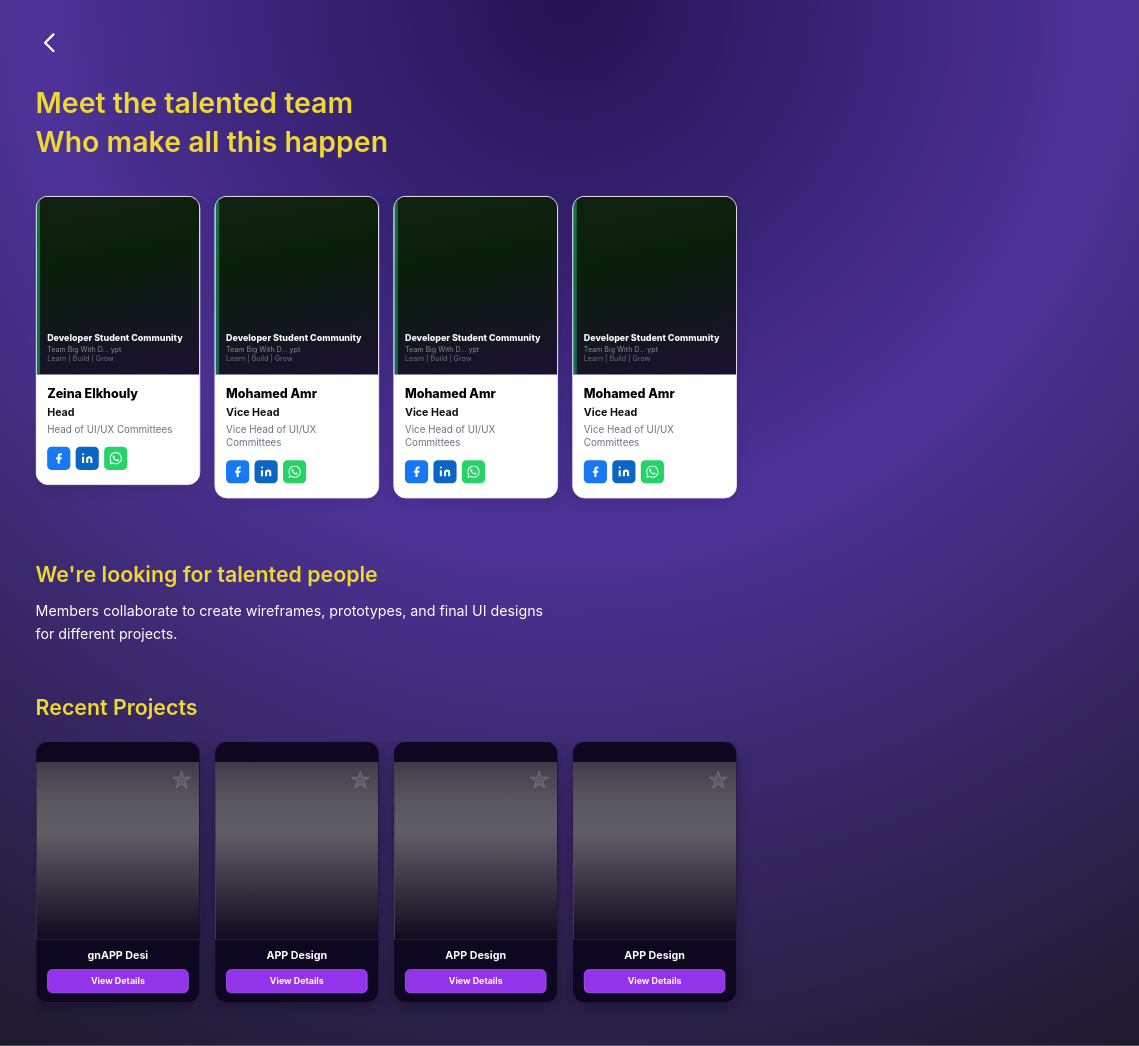
Repository: Frontend-Committee/StarUnion-Website
Page: /committees/artificial-intelligence
The author's editor kept a copy of each file at every save. The page is drawn from the files as they stood at one save, then again after the next save.
The browser window is 1280 px wide. The pictures show the whole page, at 89% of full size.
Pictures or frames that could not be fetched are drawn as grey boxes. The project was rebuilt for these pictures with package versions that can differ from the ones it lists, and the page was loaded fresh each time. Also part of the build but not shown: vite.config.js, src/features/committees/components/CommitteeBadge.jsx, src/features/committees/components/CommitteeCard.jsx, src/features/committees/pages/CommitteesPage.jsx, src/components/common/Navbar.jsx, src/components/common/Footer.jsx.

Above is the page before, as saved 2026-02-26 03:31:32.

### index.html
<!doctype html>
<html lang="en">
  <head>
    <meta charset="UTF-8" />
    <meta name="viewport" content="width=device-width, initial-scale=1.0" />
    <title>star-union</title>
  </head>
  <body>
    <div id="root"></div>
    <script type="module" src="/src/main.jsx"></script>
  </body>
</html>

### src/App.jsx
import { BrowserRouter, Route, Routes } from "react-router-dom";
import "./App.css";

import CommitteeDetailsPage from "./features/committees/pages/CommitteeDetailsPage";
import CommitteesPage from "./features/committees/pages/CommitteesPage";
import MainLayout from "./layouts/MainLayout";

function App() {
  return (
    <BrowserRouter>
      <Routes>
        <Route element={<MainLayout />}>
          <Route path="/committees" element={<CommitteesPage />} />
          <Route path="/committees/:slug" element={<CommitteeDetailsPage />} />
          {/* Fallback — redirect to committees for now */}
          <Route path="*" />
        </Route>
      </Routes>
    </BrowserRouter>
  );
}

export default App;

### src/App.css
@tailwind base;
@tailwind components;
@tailwind utilities;

/* Import Inter from Google Fonts */
@import url("https://fonts.googleapis.com/css2?family=Inter:wght@400;500;600;700;800;900&display=swap");

/* Base global styles */
* {
  margin: 0;
  padding: 0;
  box-sizing: border-box;
}

html {
  scroll-behavior: smooth;
}

body {
  font-family:
    "Inter",
    -apple-system,
    BlinkMacSystemFont,
    "Segoe UI",
    Roboto,
    sans-serif;
  -webkit-font-smoothing: antialiased;
  -moz-osx-font-smoothing: grayscale;
}

/* Hide scrollbar utility */
.scrollbar-hide {
  -ms-overflow-style: none;
  scrollbar-width: none;
}
.scrollbar-hide::-webkit-scrollbar {
  display: none;
}

### src/features/committees/pages/CommitteeDetailsPage.jsx
import { motion } from "framer-motion";
import { useNavigate, useParams } from "react-router-dom";
import ScrollAnimation from "../../../components/ui/ScrollAnimation";
import {
  COMMITTEES_DATA,
  MOCK_PROJECTS,
  MOCK_TEAM_MEMBERS,
} from "../../../utils/constants";

/* ────────────────────────────────────────
   Team Member Card — matches Figma exactly
   • White card
   • Full-bleed dark photo area (top ~60%)
   • White bottom: purple name, bold role, gray desc, coloured social buttons
──────────────────────────────────────── */
const TeamCard = ({ member, delay = 0 }) => (
  <ScrollAnimation variant="fade-up" delay={delay} className="flex-shrink-0">
    <motion.div
      whileHover={{ y: -5, boxShadow: "0 16px 40px rgba(116,65,255,0.18)" }}
      transition={{ type: "spring", stiffness: 300, damping: 22 }}
      className="w-[185px] rounded-[14px] overflow-hidden border border-gray-200 bg-white flex flex-col"
      style={{ boxShadow: "0 4px 16px rgba(0,0,0,0.10)" }}
    >
      {/* ── Photo / Banner area ── */}
      <div
        className="relative w-full bg-[#111827] overflow-hidden"
        style={{ height: 200 }}
      >
        {member.photo ? (
          <img
            src={member.photo}
            alt={member.name}
            className="w-full h-full object-cover object-top"
          />
        ) : (
          /* DSC-style placeholder matching the Figma banner */
          <div
            className="w-full h-full flex flex-col justify-end p-3"
            style={{
              background:
                "linear-gradient(170deg, #122112 0%, #0a1f0a 35%, #1a1030 100%)",
            }}
          >
            {/* Green accent bar left */}
            <div className="absolute top-0 left-0 w-1 h-full bg-[#11EDA4]/40" />
            <p className="text-white font-extrabold text-[10px] leading-tight mb-0.5">
              Developer Student Community
            </p>
            <p className="text-white/50 text-[8px] leading-tight">
              Team Big With D... ypt
            </p>
            <p className="text-white/40 text-[8px]">Learn | Build | Grow</p>
          </div>
        )}
      </div>

      {/* ── Info section ── */}
      <div className="bg-white px-3 pt-3 pb-4 flex flex-col">
        <h4 className="text-primary font-extrabold text-[14px] leading-tight">
          {member.name}
        </h4>
        <p className="text-[#111] text-[12px] font-bold mt-[3px]">
          {member.role}
        </p>
        <p className="text-gray-500 text-[11px] leading-snug mt-[3px]">
          {member.description}
        </p>

        {/* Coloured icon buttons */}
        <div className="flex gap-[6px] mt-3">
          {member.socials?.facebook && (
            <a
              href={member.socials.facebook}
              className="w-[26px] h-[26px] rounded-[5px] bg-[#1877F2] flex items-center justify-center text-white hover:opacity-80 transition-opacity"
              aria-label="Facebook"
            >
              <svg
                viewBox="0 0 24 24"
                fill="currentColor"
                className="w-[14px] h-[14px]"
              >
                <path d="M18 2h-3a5 5 0 00-5 5v3H7v4h3v8h4v-8h3l1-4h-4V7a1 1 0 011-1h3z" />
              </svg>
            </a>
          )}
          {member.socials?.linkedin && (
            <a
              href={member.socials.linkedin}
              className="w-[26px] h-[26px] rounded-[5px] bg-[#0A66C2] flex items-center justify-center text-white hover:opacity-80 transition-opacity"
              aria-label="LinkedIn"
            >
              <svg
                viewBox="0 0 24 24"
                fill="currentColor"
                className="w-[14px] h-[14px]"
              >
                <path d="M16 8a6 6 0 016 6v7h-4v-7a2 2 0 00-4 0v7h-4v-7a6 6 0 016-6zM2 9h4v12H2zM4 6a2 2 0 100-4 2 2 0 000 4z" />
              </svg>
            </a>
          )}
          {member.socials?.instagram && (
            <a
              href={member.socials.instagram}
              className="w-[26px] h-[26px] rounded-[5px] bg-[#25D366] flex items-center justify-center text-white hover:opacity-80 transition-opacity"
              aria-label="WhatsApp"
            >
              <svg
                viewBox="0 0 24 24"
                fill="currentColor"
                className="w-[14px] h-[14px]"
              >
                <path d="M17.472 14.382c-.297-.149-1.758-.867-2.03-.967-.273-.099-.471-.148-.67.15-.197.297-.767.966-.94 1.164-.173.199-.347.223-.644.075-.297-.15-1.255-.463-2.39-1.475-.883-.788-1.48-1.761-1.653-2.059-.173-.297-.018-.458.13-.606.134-.133.298-.347.446-.52.149-.174.198-.298.298-.497.099-.198.05-.371-.025-.52-.075-.149-.669-1.612-.916-2.207-.242-.579-.487-.5-.669-.51-.173-.008-.371-.01-.57-.01-.198 0-.52.074-.792.372-.272.297-1.04 1.016-1.04 2.479 0 1.462 1.065 2.875 1.213 3.074.149.198 2.096 3.2 5.077 4.487.709.306 1.262.489 1.694.625.712.227 1.36.195 1.871.118.571-.085 1.758-.719 2.006-1.413.248-.694.248-1.289.173-1.413-.074-.124-.272-.198-.57-.347m-5.421 7.403h-.004a9.87 9.87 0 01-5.031-1.378l-.361-.214-3.741.982.998-3.648-.235-.374a9.86 9.86 0 01-1.51-5.26c.001-5.45 4.436-9.884 9.888-9.884 2.64 0 5.122 1.03 6.988 2.898a9.825 9.825 0 012.893 6.994c-.003 5.45-4.437 9.884-9.885 9.884m8.413-18.297A11.815 11.815 0 0012.05 0C5.495 0 .16 5.335.157 11.892c0 2.096.547 4.142 1.588 5.945L.057 24l6.305-1.654a11.882 11.882 0 005.683 1.448h.005c6.554 0 11.89-5.335 11.893-11.893a11.821 11.821 0 00-3.48-8.413z" />
              </svg>
            </a>
          )}
        </div>
      </div>
    </motion.div>
  </ScrollAnimation>
);

/* ────────────────────────────────────────
   Project Card — matches Figma exactly
   • Dark card
   • Top: full screenshot-style preview with overlay bold text
   • Bottom row: yellow project title + purple "View Details" button
──────────────────────────────────────── */
const ProjectCard = ({ project, delay = 0 }) => (
  <ScrollAnimation variant="fade-up" delay={delay} className="flex-shrink-0">
    <motion.div
      whileHover={{ y: -5, boxShadow: "0 16px 40px rgba(116,65,255,0.25)" }}
      transition={{ type: "spring", stiffness: 300, damping: 22 }}
      className="w-[185px] rounded-[14px] overflow-hidden border border-purple-500/20 bg-[#0d0820] flex flex-col"
      style={{ boxShadow: "0 4px 16px rgba(0,0,0,0.30)" }}
    >
      {/* ── Title on top centered ── */}
      <div className="px-3 pt-3 pb-2 text-center bg-[#0d0820]">
        <p className="text-white/50 text-[8px] font-semibold tracking-[0.08em] uppercase mb-[2px]">
          {project.subtitle}
        </p>
        <h4 className="text-white font-black text-[16px] leading-none tracking-tight">
          {project.type}
        </h4>
      </div>

      {/* ── Screenshot preview area ── */}
      <div className="relative w-full overflow-hidden" style={{ height: 200 }}>
        {/* Real background image */}
        <img
          src={project.image}
          alt={project.title}
          className="absolute inset-0 w-full h-full object-cover"
        />

        {/* Shadow overlay from bottom */}
        <div
          className="absolute inset-0"
          style={{
            background:
              "linear-gradient(to top, rgba(8,2,22,0.95) 0%, rgba(8,2,22,0.5) 50%, rgba(8,2,22,0.1) 100%)",
          }}
        />

        {/* Shadow overlay from top */}
        <div
          className="absolute inset-0"
          style={{
            background:
              "linear-gradient(to bottom, rgba(8,2,22,0.6) 0%, transparent 40%)",
          }}
        />

        {/* Decorative star top-right */}
        <div className="absolute top-2 right-2 opacity-50">
          <svg width="24" height="24" viewBox="0 0 24 24" fill="none">
            <path
              d="M12 2l2.4 7.4H22l-6.2 4.5 2.4 7.4L12 17l-6.2 4.3 2.4-7.4L2 9.4h7.6z"
              fill="white"
              fillOpacity="0.2"
              stroke="white"
              strokeOpacity="0.4"
              strokeWidth="1"
            />
          </svg>
        </div>
      </div>

      {/* ── Bottom bar — title + button centered ── */}
      <div className="px-3 py-[10px] flex flex-col items-center gap-2 bg-[#0d0820]">
        <p className="text-white font-bold text-[12px] leading-tight truncate">
          {project.title}
        </p>
        <button className="w-full px-3 py-[5px] text-[10px] text-white bg-purple-600 border border-purple-500 rounded-[6px] hover:bg-purple-500/80 transition-colors font-bold whitespace-nowrap text-center">
          View Details
        </button>
      </div>
    </motion.div>
  </ScrollAnimation>
);

/* ── main page ── */
export default function CommitteeDetailsPage() {
  const { slug } = useParams();
  const navigate = useNavigate();

  const committee = COMMITTEES_DATA.find((c) => c.slug === slug);

  if (!committee) {
    return (
      <div className="min-h-screen bg-gradientBg3 flex items-center justify-center">
        <p className="text-white text-h3">Committee not found</p>
      </div>
    );
  }

  return (
    <section className="min-h-screen bg-gradientBg3 py-8 px-4 md:px-8">
      <div className="max-w-[1200px] mx-auto">
        {/* Back button */}
        <ScrollAnimation variant="fade-right">
          <button
            onClick={() => navigate("/committees")}
            className="text-white hover:text-secondary transition-colors mb-8 flex items-center gap-2 group cursor-pointer"
            id="back-to-committees"
          >
            <svg
              className="w-8 h-8 group-hover:-translate-x-1 transition-transform"
              viewBox="0 0 24 24"
              fill="none"
              stroke="currentColor"
              strokeWidth="2"
            >
              <path
                strokeLinecap="round"
                strokeLinejoin="round"
                d="M15 19l-7-7 7-7"
              />
            </svg>
          </button>
        </ScrollAnimation>

        {/* Section: Meet the team */}
        <ScrollAnimation variant="fade-up" delay={100}>
          <div className="mb-10">
            <h1 className="text-tertiary text-h2 font-semibold leading-tight">
              Meet the talented team
            </h1>
            <h2 className="text-tertiary text-h2 font-semibold leading-tight mt-1">
              Who make all this happen
            </h2>
          </div>
        </ScrollAnimation>

        {/* Team members row */}
        <ScrollAnimation variant="fade-up" delay={200}>
          <div className="flex gap-4 overflow-x-auto pb-4 mb-14 scrollbar-hide">
            {MOCK_TEAM_MEMBERS.map((member, i) => (
              <TeamCard
                key={member.id + "-" + i}
                member={member}
                delay={i * 80}
              />
            ))}
          </div>
        </ScrollAnimation>

        {/* Section: Looking for talented people */}
        <ScrollAnimation variant="fade-up" delay={300}>
          <div className="mb-14">
            <h3 className="text-tertiary text-h3 font-semibold mb-3">
              We're looking for talented people
            </h3>
            <p className="text-white text-body font-normal max-w-xl leading-relaxed">
              Members collaborate to create wireframes, prototypes, and final UI
              designs for different projects.
            </p>
          </div>
        </ScrollAnimation>

        {/* Section: Recent Projects */}
        <ScrollAnimation variant="fade-up" delay={400}>
          <div>
            <h3 className="text-tertiary text-h3 font-semibold mb-6">
              Recent Projects
            </h3>

            <div className="flex gap-4 overflow-x-auto pb-4 scrollbar-hide">
              {MOCK_PROJECTS.map((project, i) => (
                <ProjectCard
                  key={project.id + "-" + i}
                  project={project}
                  delay={i * 80}
                />
              ))}
            </div>
          </div>
        </ScrollAnimation>
      </div>
    </section>
  );
}

### src/layouts/MainLayout.jsx
import { Outlet } from "react-router-dom";
import Navbar from "../components/common/Navbar";
import Footer from "../components/common/Footer";

export default function MainLayout() {
  return (
    <div className="flex flex-col min-h-screen">
      {/* <Navbar /> */}
      <main className="flex-1">
        <Outlet />
      </main>
      {/* <Footer /> */}
    </div>
  );
}

### src/components/ui/ScrollAnimation.jsx
import { useEffect, useRef, useState } from 'react';

export default function ScrollAnimation({
    children,
    className = '',
    variant = 'fade-up',
    delay = 0,
    style
}) {
    const [isVisible, setIsVisible] = useState(false);
    const ref = useRef(null);

    useEffect(() => {
        const observer = new IntersectionObserver(([entry]) => {
            if (!entry) return;
            if (entry.isIntersecting) {
                setIsVisible(true);
                observer.disconnect();
            }
        }, { threshold: 0.1 });

        if (ref.current) observer.observe(ref.current);
        return () => observer.disconnect();
    }, []);

    const variants = {
        'fade-up': 'translate-y-10',
        'fade-down': '-translate-y-10',
        'fade-left': 'translate-x-10',
        'fade-right': '-translate-x-10',
        'zoom-in': 'scale-95'
    };

    return (
        <div
            ref={ref}
            className={`transition-all duration-700 ease-out ${isVisible
                ? 'opacity-100 transform-none'
                : `opacity-0 ${variants[variant]}`
            } ${className}`}
            style={{ transitionDelay: `${delay}ms`, ...style }}
        >
            {children}
        </div>
    );
}

### tailwind.config.js
/** @type {import('tailwindcss').Config} */
module.exports = {
    darkMode: ["class"],
    content: ["./index.html", "./src/**/*.{js,jsx,ts,tsx}"],

  theme: {
  	container: {
  		center: true,
  		padding: {
  			DEFAULT: '16px',
  			lg: '24px'
  		}
  	},
  	extend: {
  		colors: {
  			primary: {
  				DEFAULT: 'hsl(var(--primary))',
  				foreground: 'hsl(var(--primary-foreground))'
  			},
  			secondary: {
  				DEFAULT: 'hsl(var(--secondary))',
  				foreground: 'hsl(var(--secondary-foreground))'
  			},
  			tertiary: '#EFD830',
  			background: 'hsl(var(--background))',
  			text: '#111111',
  			textInvert: '#FFFFFF',
  			muted: {
  				DEFAULT: 'hsl(var(--muted))',
  				foreground: 'hsl(var(--muted-foreground))'
  			},
  			card: {
  				DEFAULT: 'hsl(var(--card))',
  				foreground: 'hsl(var(--card-foreground))'
  			},
  			cardSoft: '#C8B5FC',
  			success: '#12B76A',
  			warning: '#F59E0B',
  			error: '#EF4444',
  			bg31: '#241352',
  			bg32: '#4D3398',
  			bg33: '#1E1A2B',
  			foreground: 'hsl(var(--foreground))',
  			popover: {
  				DEFAULT: 'hsl(var(--popover))',
  				foreground: 'hsl(var(--popover-foreground))'
  			},
  			accent: {
  				DEFAULT: 'hsl(var(--accent))',
  				foreground: 'hsl(var(--accent-foreground))'
  			},
  			destructive: {
  				DEFAULT: 'hsl(var(--destructive))',
  				foreground: 'hsl(var(--destructive-foreground))'
  			},
  			border: 'hsl(var(--border))',
  			input: 'hsl(var(--input))',
  			ring: 'hsl(var(--ring))',
  			chart: {
  				'1': 'hsl(var(--chart-1))',
  				'2': 'hsl(var(--chart-2))',
  				'3': 'hsl(var(--chart-3))',
  				'4': 'hsl(var(--chart-4))',
  				'5': 'hsl(var(--chart-5))'
  			}
  		},
  		backgroundImage: {
  			gradientBg3: 'radial-gradient(circle at top, #241352 0%, #4D3398 45%, #1E1A2B 100%)',
  			gradientFooter: 'linear-gradient(135deg, #E1D6FF 0%, #7441FF 100%)',
  			gradientBrand: 'linear-gradient(135deg, #7441FF 0%, #11EDA4 50%, #EFD830 100%)'
  		},
  		fontSize: {
  			h1: [
  				'44px',
  				{
  					lineHeight: '1.1',
  					fontWeight: '800'
  				}
  			],
  			h2: [
  				'32px',
  				{
  					lineHeight: '1.15',
  					fontWeight: '800'
  				}
  			],
  			h3: [
  				'24px',
  				{
  					lineHeight: '1.2',
  					fontWeight: '800'
  				}
  			],
  			h4: [
  				'20px',
  				{
  					lineHeight: '1.25',
  					fontWeight: '800'
  				}
  			],
  			body: [
  				'16px',
  				{
  					lineHeight: '1.6',
  					fontWeight: '800'
  				}
  			],
  			caption: [
  				'14px',
  				{
  					lineHeight: '1.4',
  					fontWeight: '800'
  				}
  			],
  			micro: [
  				'12px',
  				{
  					lineHeight: '1.35',
  					fontWeight: '800'
  				}
  			]
  		},
  		spacing: {
  			'1': '4px',
  			'2': '8px',
  			'3': '12px',
  			'4': '16px',
  			'6': '24px',
  			'8': '32px',
  			'12': '48px',
  			'16': '64px'
  		},
  		margin: {
  			'section-sm': '24px',
  			'section-md': '32px',
  			'section-lg': '48px',
  			'section-xl': '64px'
  		},
  		padding: {
  			'section-sm': '24px',
  			'section-md': '32px',
  			'section-lg': '48px',
  			'section-xl': '64px'
  		},
  		boxShadow: {
  			soft: '0 4px 10px rgba(0,0,0,0.1)'
  		},
  		borderRadius: {
  			card: '16px',
  			lg: 'var(--radius)',
  			md: 'calc(var(--radius) - 2px)',
  			sm: 'calc(var(--radius) - 4px)'
  		}
  	}
  },

  plugins: [require("tailwindcss-animate")],
};

Loaded but not shown: src/main.jsx (common file); src/utils/constants.js (183 lines, source omitted)

After the next save:
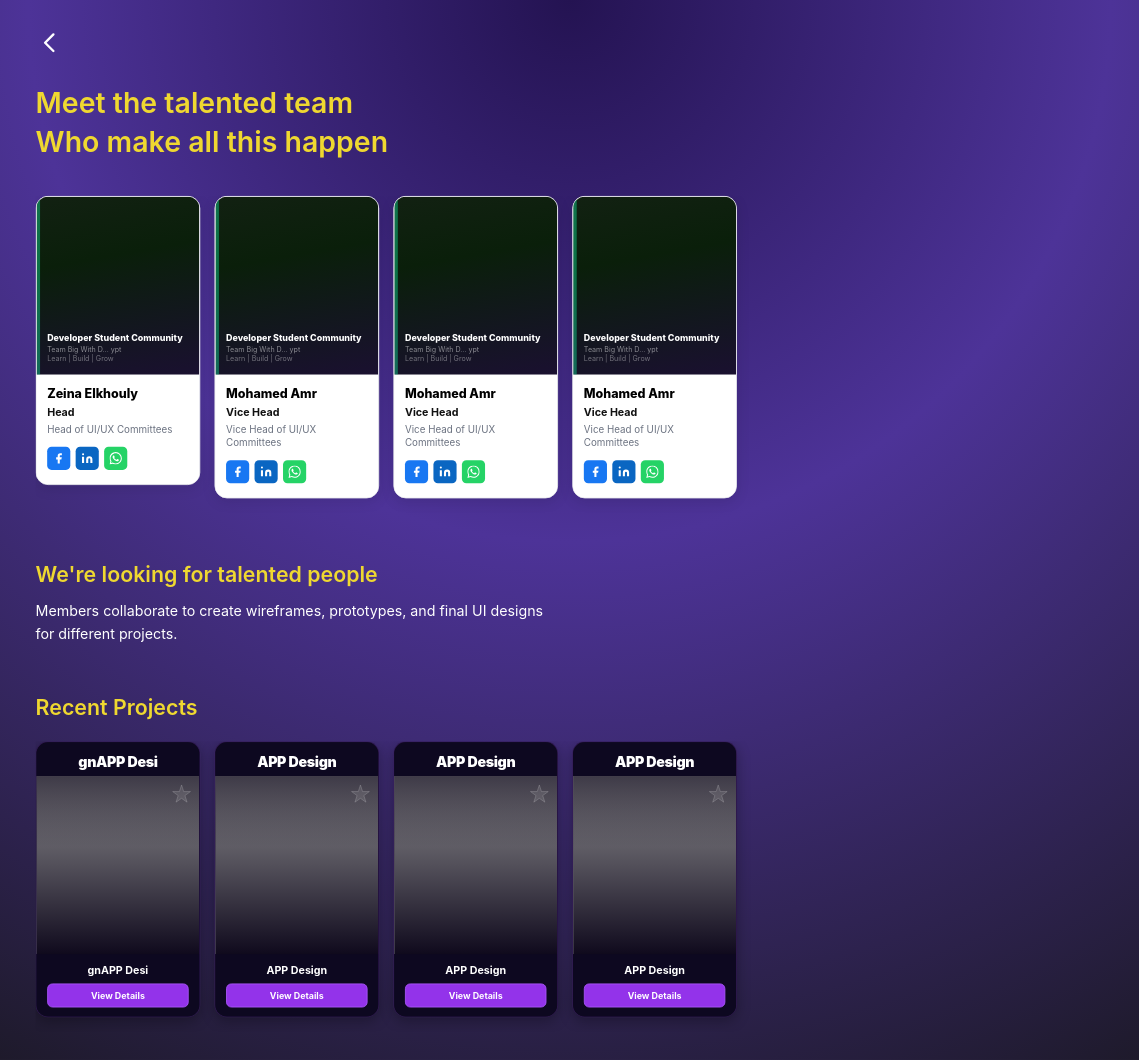
Saved 14 s later.
--- a/src/features/committees/pages/CommitteeDetailsPage.jsx
+++ b/src/features/committees/pages/CommitteeDetailsPage.jsx
@@ -139,7 +139,7 @@ const ProjectCard = ({ project, delay = 0 }) => (
           {project.subtitle}
         </p>
         <h4 className="text-white font-black text-[16px] leading-none tracking-tight">
-          {project.type}
+          {project.title}
         </h4>
       </div>
 
